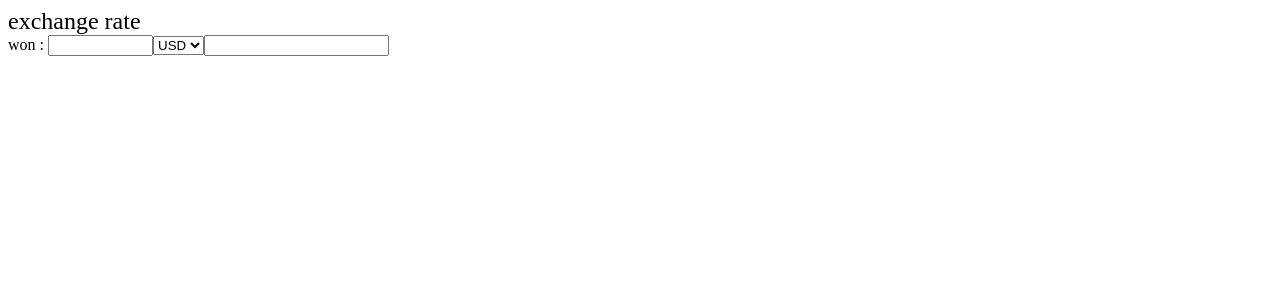
Repository: beenjh6088/jsp
Page: http://localhost/pro06/calc
The author's editor kept a copy of each file at every save. The page is drawn from the files as they stood at one save, then again after the next save.
The browser window is 1280 px wide. The pictures show the whole page.
The page is served by Tomcat 9.

Above is the page before, as saved 2024-07-24 12:50:15.

After the next save:
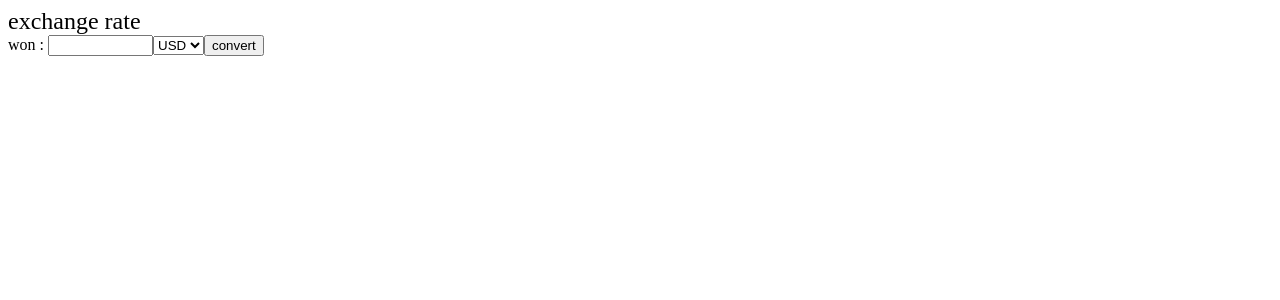
Saved 2 min 34 s later.
--- a/pro06/src/main/java/sec02/ex01/CalcServlet.java
+++ b/pro06/src/main/java/sec02/ex01/CalcServlet.java
@@ -49,7 +49,8 @@ public class CalcServlet extends HttpServlet {
 		pw.print("<option value='pound'>GBP</option>");
 		pw.print("<option value='euro'>EUR</option>");
 		pw.print("</select>");
-		pw.print("<input type='' />");
+		pw.print("<input type='hidden' name='command' value='calculate' />");
+		pw.print("<input type='submit' value='convert' />");
 		pw.print("</form>");
 		pw.print("</html>");
 		pw.close();
